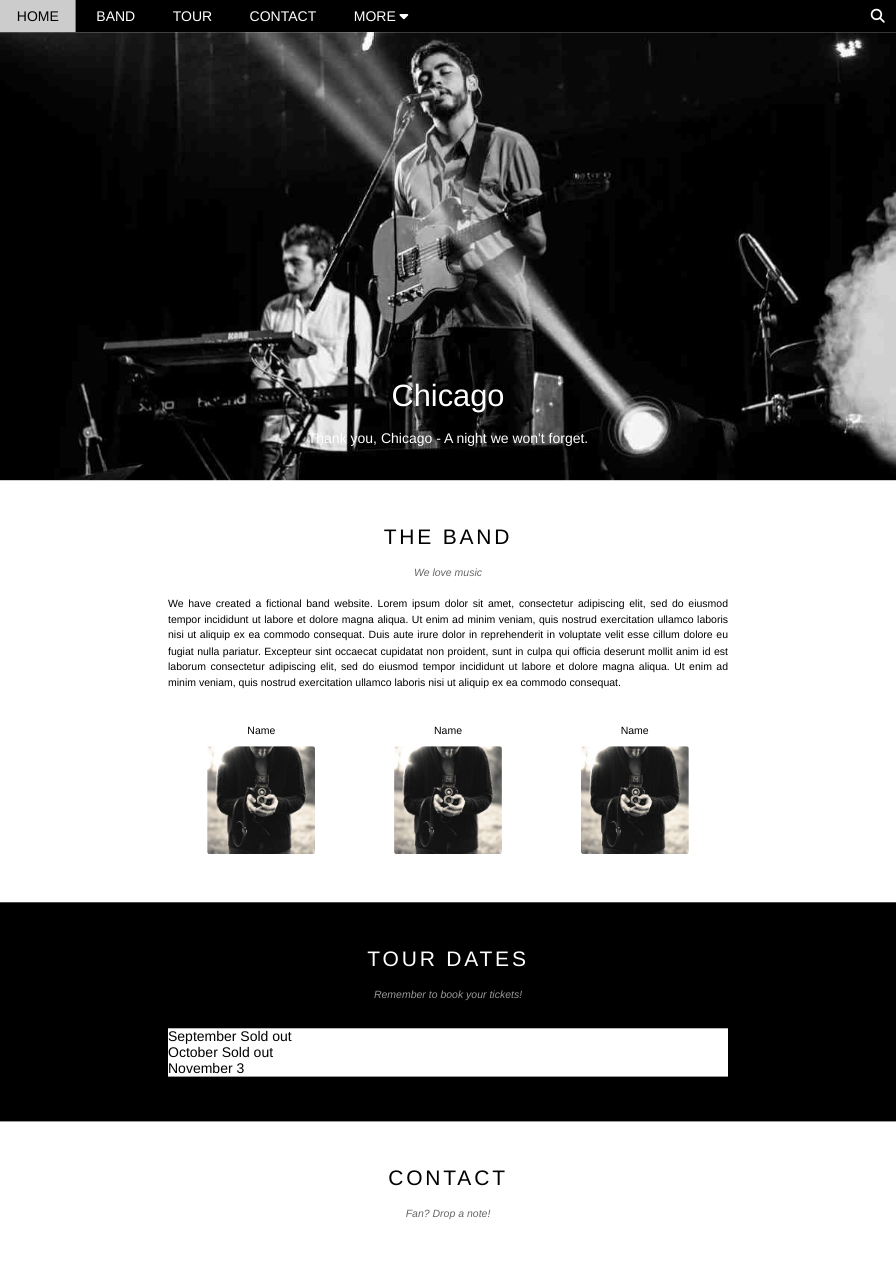
Repository: nugort/nugort.github.io
Page: f8/the-band/index.html
The author's editor kept a copy of each file at every save. The page is drawn from the files as they stood at one save, then again after the next save.
The browser window is 1280 px wide. The pictures show the whole page, at 70% of full size.
Some web libraries are served in a nearby version.

Above is the page before, as saved 2022-02-08 04:28:40.

### f8/the-band/index.html
<!DOCTYPE html>
<html lang="en">

<head>
    <meta charset="UTF-8">
    <meta http-equiv="X-UA-Compatible" content="IE=edge">
    <meta name="viewport" content="width=device-width, initial-scale=1.0">
    <title>Document</title>
    <script src="https://kit.fontawesome.com/28e152e343.js" crossorigin="anonymous"></script>
    <link rel="stylesheet" href="./assets/css/styles.css">
</head>

<body>
    <div id="main">
        <!-- Header -->
        <div id="header">

            <!-- Navigation -->
            <ul id="nav">
                <li>
                    <a href="#">Home</a>
                </li>

                <li>
                    <a href="#">Band</a>
                </li>

                <li>
                    <a href="#">Tour</a>
                </li>

                <li>
                    <a href="#">Contact</a>
                </li>

                <li>
                    <a href="#">More <i class="fas fa-caret-down"></i></a>
                    <ul class="subnav">
                        <li>
                            <a href="#">Merchandise</a>
                        </li>

                        <li>
                            <a href="#">Extras</a>
                        </li>

                        <li>
                            <a href="#">Media</a>
                        </li>
                    </ul>
                </li>
            </ul>

            <!-- Search -->
            <div class="nav-search">
                <a href="#"><i class="nav-search-icon fas fa-search"></i></a>
            </div>
        </div>

        <!-- Slider -->
        <div id="slider">
            <div class="slider-text">
                <h3 class="slider-text-title">
                    Chicago
                </h3>
                <p class="slider-text-dsc">
                    Thank you, Chicago - A night we won't forget.
                </p>
            </div>
        </div>

        <!-- Content -->
        <div id="content">
            <!-- About -->
            <div class="content-section">
                <h2 class="content-section-title">
                    The Band
                </h2>
                <p class="content-section-slogan">
                    We love music
                </p>
                <p class="about-content-section content">We have created a fictional band website. Lorem ipsum dolor sit
                    amet, consectetur adipiscing elit, sed do eiusmod tempor incididunt ut labore et dolore magna
                    aliqua. Ut enim ad minim veniam, quis nostrud exercitation ullamco laboris nisi ut aliquip ex ea
                    commodo consequat. Duis aute irure dolor in reprehenderit in voluptate velit esse cillum dolore eu
                    fugiat nulla pariatur. Excepteur sint occaecat cupidatat non proident, sunt in culpa qui officia
                    deserunt mollit anim id est laborum consectetur adipiscing elit, sed do eiusmod tempor incididunt ut
                    labore et dolore magna aliqua. Ut enim ad minim veniam, quis nostrud exercitation ullamco laboris
                    nisi ut aliquip ex ea commodo consequat.</p>
                <div class="band-members">
                    <div class="member">
                        <p class="member-name">Name</p>
                        <img src="./assets/img/band-members/bandmember.jpg" alt="Name" class="member-avt">
                    </div>

                    <div class="member">
                        <p class="member-name">Name</p>
                        <img src="./assets/img/band-members/bandmember.jpg" alt="Name" class="member-avt">
                    </div>

                    <div class="member">
                        <p class="member-name">Name</p>
                        <img src="./assets/img/band-members/bandmember.jpg" alt="Name" class="member-avt">
                    </div>
                    <div class="clear"></div>
                </div>
            </div>

            <!-- Tour -->
            <div class="tour-section">
                <div class="content-section text-white">
                    <h2 class="content-section-title text-white">
                        TOUR DATES
                    </h2>
                    <p class="content-section-slogan">
                        Remember to book your tickets!
                    </p>

                    <ul class="tickets-list">
                        <li>September <span class="sold-out">Sold out</span></li>
                        <li>October <span class="sold-out">Sold out</span></li>
                        <li>November <span class="tickets-left">3</span></li>
                    </ul>
                </div>
            </div>

            <!-- Contact -->
            <div class="content-section">
                <h2 class="content-section-title">
                    CONTACT
                </h2>
                <p class="content-section-slogan">
                    Fan? Drop a note!
                </p>
            </div>
        </div>

        <div id="footer">

        </div>
    </div>
</body>

</html>

### f8/the-band/assets/css/styles.css
/* 3 kiểu dùng css
- inline (phèn)
- internal (cũng phèn)
-external (đúng đúng đúng) */

/* Các đơn vị hay dùng
* Absolute units
- px
- pt
- cm
- mm
- inch
- picture

* Relative units
- %
- rem (bằng kích cỡ chữ của thẻ html - mặc định là 16px)
- em  (bằng kích cỡ chữ của thẻ cha chứa nó gần nhất có set font-size)
- vw (chiều rộng bằng chiều ngang của màn hình hiển thị)
- vh (chiều cao bằng chiều dọc của màn hình hiển thị) */

/* Hàm trong css
- var(): gọi biến vào
- linearGradient()
- rgba()
- rgb
- calc(): tính toán
- attr() */

/* Pseudo-classes (lớp giả) */

:root {
    --text-color: #FFFFFF;
    --background-color: #00171F;
    --button-color: #003459;
    --other-color: #007EA7;
    --button-2nd-color: #00A8E8;
    --nav-heigh: 46px;
}  /* Đặt biến giống trong ngôn ngữ lập trình khác thôi =))) */

* {
    box-sizing: border-box;
    margin: 0;
    padding: 0;
} /* reset css */

html {
    font-family: Helvetica, sans-serif;
    font-size: 20px;
}
/*
Chọn cùng lúc nhiều Class, ID đưa qua css
Bôi đen điểm chung -> CTRL +  SHIFT + L -> Mũi tên qua phải ( > ) -> CTRL + SHIFT + ( > ) -> CTRL + C
-> Qua file css paste -> ALT + CLICK  -> # -> CTRL + ( > ) -> {}
 */

/*
1. Làm từ ngoài vào trong
2. Làm từ trên xuống dưới
3. Từ tổng quan đến chi tiết
*/

/*
1. Vị trí (Vị trí các phần; Header, Content, ...)
2. Kích thước
3. Màu sắc
4. Styles (Fonts chữ, tròn, vuông, ...)
*/

/*
Chiếc web này gồm
1. Header (Done)
    1.1. Navigation (Done)
    1.2. Search button  (Done)
2. Slider (Done)
3. Content
    3.1. About
    3.2. Tour
    3.3. Contact
    3.4. Img
4. Footer
*/

.clear {
    content: " ";
    clear: both;
}

.text-white {
    color: #FFF !important;
}

#main{

}

#header{
    position: fixed;
    top: 0px;
    left: 0px;
    right: 0px;
    background-color: black;
    height: var(--nav-heigh);
    z-index: 1;
}

#nav {
    display: inline-block;
}

#nav, .subnav {
    list-style-type: none;
}

#nav > li {
    display: inline-block;
}

#nav  li {
    position: relative;
}

#nav > li > a {
    color: #FFFFFF;
    text-transform: uppercase;
}

#nav li a {
    text-decoration: none;
    line-height: var(--nav-heigh);
    padding: 0px 24px;
    /* padding: 12px 24px; */
}

#nav > li:hover .subnav {
    display: block;
}

#nav > li:hover > a {
    display: inline-block;
    color: #000;
    background-color: #CCC;
}

#nav .subnav {
    display: none;
    position: absolute;
    top: 100%;
    left: 0px;
    background-color: #FFF;
    color: #000;
    box-shadow: 0 0 10px rgba(0, 0, 0, 0.3);
}

#nav .subnav a {
    display: block;
    color: #000;
    min-width: 160px;
    padding: 0px 12px;
    line-height: 38px ;
}

#nav .subnav li:hover a {
    color: #000;
    background-color: #CCC;
}

#header .nav-search {
    display: inline-block;
    float: right;
    line-height: var(--nav-heigh);
    padding: 0px 16px ;
}

#header .nav-search a {
    color: #FFF;
}

#header .nav-search:hover {
    background-color: #F44336 !important;
    cursor: pointer;
}

#slider {
    /* background-color: #CCC;
    height: 1000px; */
    position: relative;
    margin-top: var(--nav-heigh);
    padding-top: 50%;
    background: url('/the-band/assets/img/slider-1/chicago.jpg') top center / cover, no-repeat;
    /* https://youtu.be/BmkVXoKoqVA?t=640 */
}

#slider .slider-text{
    color: #FFF;
    position: absolute;
    bottom: 48px;
    /* left: 50%;
    transform: translateX(-50%); */

    /* left: 0px;
    right: 0px; */

    width: 100%;
    text-align: center;
}

#slider .slider-text-title{
    font-size: 220%;
    font-weight: 500;
    font-style: 24px;
    margin-bottom: 25px;
}

#slider .slider-text-dsc{
    font-style: 15px;
}


#content {

}

#content .content-section {
    width: 800px;
    margin: auto;
    padding: 64px 0px;
}

#content .content-section-title {
    font-weight: 500;
    font-size: 30px;
    text-transform: uppercase;
    letter-spacing: 4px;

}

#content .content-section-slogan {
    font-style: italic;
    font-size: 15px;
    margin-top: 25px;
    opacity: 0.6;
}

#content .about-content-section.content {
    font-size: 15px;
    margin-top: 25px;
    text-align: justify;
    line-height: 1.5;
}

#content .content-section-title,
#content .content-section-slogan {
    text-align: center;
}

#content .band-members{
    margin-top: 48px;
}

#content .member {
    text-align: center;
    float: left;
    width: calc(100% / 3);
}

#content .member-name {
    font-size: 15px;
}

#content .member-avt {
    margin-top: 15px;
    width: 154px;
    border-radius: 4px;
}


.tour-section {
    background-color: #000;
}

.tickets-list {
    margin-top: 40px;
    color: #000;
    background-color: #FFF;
}

.tickets-list li {
    font: 15px;
}

.tickets-list .sold-out {

}

.tickets-list .tickets-left {

}

#footer {

}

After the next save:
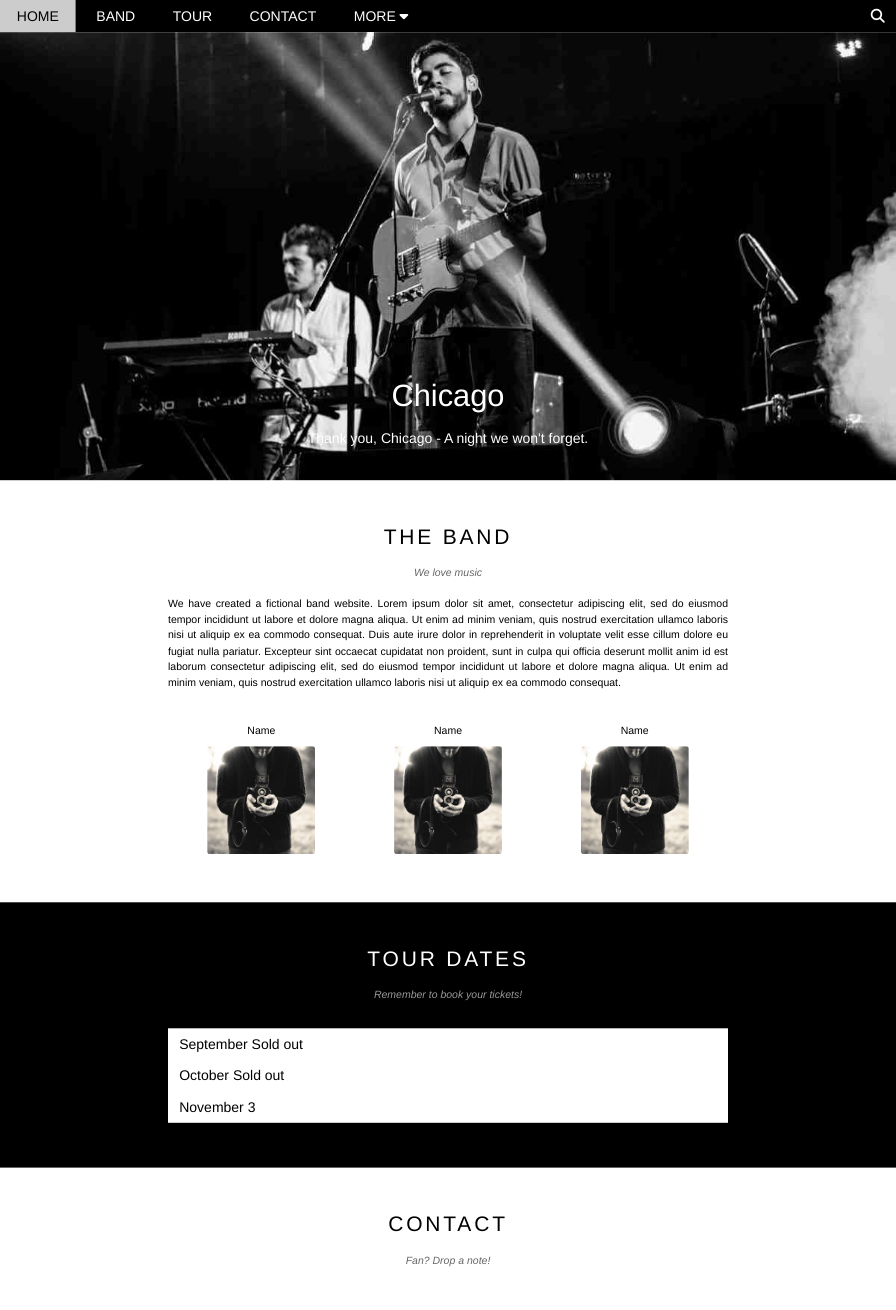
Saved 70 s later.
--- a/f8/the-band/assets/css/styles.css
+++ b/f8/the-band/assets/css/styles.css
@@ -287,6 +287,7 @@ Chiếc web này gồm
 
 .tickets-list li {
     font: 15px;
+    padding: 11px 16px;
 }
 
 .tickets-list .sold-out {
